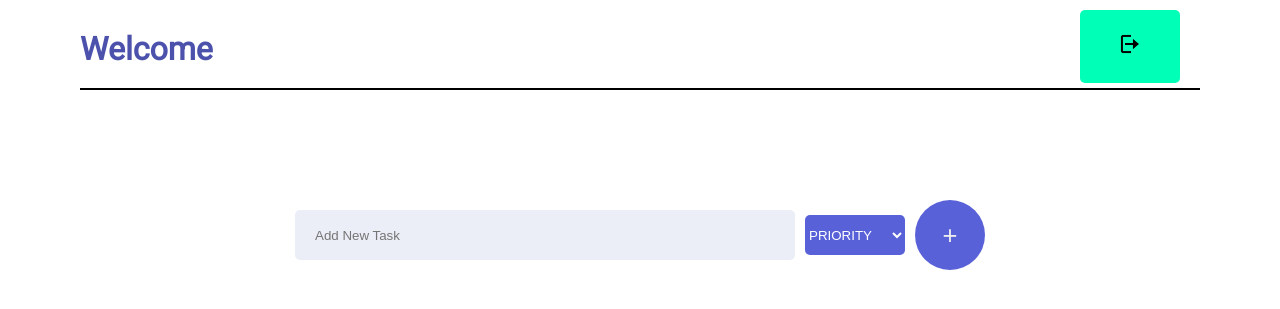
Repository: tebo27cMd/todo_App
Page: /HomePage
The author's editor kept a copy of each file at every save. The page is drawn from the files as they stood at one save, then again after the next save.
The browser window is 1280 px wide. The pictures show the whole page.
The page's requests for data from a server got no answer. The project was rebuilt for these pictures with package versions that can differ from the ones it lists, and the page was loaded fresh each time. No one was signed in, and anything a server would have sent is missing. Also part of the build but not shown: src/Pages/LoginPage.jsx, src/Pages/SignInPage.jsx.

Above is the page before, as saved 2022-08-23 13:01:29.

### src/App.js
import React, {useState, useEffect} from 'react';
import './App.css';
import LoginPage from './Pages/LoginPage';
import SignInPage from './Pages/SignInPage';
import HomePage from './Pages/HomePage';

import {BrowserRouter as Router,Routes,Route,Link} from "react-router-dom";

//import {collection, getDocs, getDoc, doc, deleteDoc} from 'firebase/firestore'







function App() {


  const [tasks, setTasks] = useState([]);

  const addTasks = ((task, priorityType)=>{
    setTasks((tasks)=>[...tasks, {
      task:task,
      priorityType:priorityType
    }])

    console.log(tasks);
  })
  return (
    <div className="App">

      <Router>
      <Routes>
        <Route exact path="/" element = {<LoginPage/>}></Route>
        <Route path="/SignInPage" element = {<SignInPage/>}></Route>
        <Route exact path="/HomePage" element = {<HomePage/>}></Route>
      </Routes>
    </Router>

    </div>
  );
}

export default App;

### src/App.css
* {
  box-sizing: border-box;
  margin: 0;
  padding: 0;
  font-family: 'Times New Roman', Times, serif;
}

### src/Pages/HomePage.jsx

import React, { useState, useEffect } from "react";

  import '../css/HomePage.css';

  import {db} from '../Config-file/firebase';

  import {addDoc, collection,getDocs} from 'firebase/firestore';
  import CheckCircleIcon from "@mui/icons-material/CheckCircle";


  import logout from '../image/logout.png'





function HomePage() {
  const[task, setTask]= useState('');
  const[priority, setPriority] = useState('');

  const[items, setItem] = useState([]);

  const itemRef =collection(db,"Tasks");

  const getItems = async()=>{
      let data = await getDocs(itemRef);
      setItem(data.docs.map((doc)=>({...doc.data(), id: doc.id})))
  }

  const addItems = async()=>{
     await addDoc(itemRef, {task:task, priority:priority})
     alert("Item added Successfully");
    getItems();
    }


    useEffect(()=>{
      getItems();
   }, [])





    return (
      <div className="AddTask">
          <div className="topPart">
              <h1 className='welcome'>Welcome</h1>
              <button><div className="tick"><img src={logout} alt="" /></div></button>
          </div>

          <div className="bottomPart">
            <div className="input-fields">
              <input className="typeTask" type="text" placeholder="Add New Task" onChange={(e)=>setTask(e.target.value)}/>
                <select name="priority" id="priority" onChange={(e)=>setPriority(e.target.value)}>
                    <option value="Priority">PRIORITY</option>
                    <option value="High">High</option>
                    <option value="Medium">Medium</option>
                    <option value="Low">Low</option>

                </select>

                <button className="topBtn" onClick={addItems}>+</button>

            </div>

            <div className="task-list">
            {
                        items.map(item=>((
                            <div className="items" key={item.id}>
                                {
                                    item.priority == "Low" ? (

                                        <div className="item" style={{borderBottom: "3px solid green"}}>
                                        <span>{item.task}</span>
                                        <button className="complete"><div className="CheckLow"><CheckCircleIcon id="i" /></div></button>
                                        </div>

                                    ):item.priority == "Medium" ? (
                                        <div className="item" style={{borderBottom: "3px solid orange"}}>
                                        <span>{item.task}</span>
                                        <button className="complete"><div className="CheckMedium"><CheckCircleIcon id="i" /></div></button>
                                        </div>
                                    ):item.priority == "High" ? (
                                        <div className="item" style={{borderBottom: "3px solid red"}}>
                                        <span>{item.task}</span>
                                        <button className="complete"><div className="CheckHigh"><CheckCircleIcon id="i" /></div></button>

                                        </div>
                                    ):(
                                        <div>

                                        </div>
                                    )
                                }




                            </div>
                        )))
                    }
            </div>

          </div>

      </div>
    )
  }



export default HomePage;

### src/Pages/LoginPage.css
@import url("https://fonts.googleapis.com/css?family=Roboto&display=swap");
:root
{
    --btnGreen: #339eb1;
    --beige: beige;

}

.LoginPage{
    display: grid;
    grid-template-columns: 40% 60%;
    width: 100vw;
    height: 100vh;
    font-family:'Roboto' ;
}

.LoginPage aside{
    background: url(../Images/Ado.jpeg);
    background-size: cover;
}

.LoginPage section{
    display: flex;
    flex-direction: column;
    justify-content: center;
    align-items: center;
    padding: 50px;

}

.LoginPage .welcome{
    margin-top: 20px;
    margin-bottom: 20px;
    font-weight: bolder;
    font-size: 2em;
    font-family:'Roboto' ;
    color: #4c52ac;
}

.LoginPage .paragraph1{
    margin-bottom: 20px;
    font-size: 1.2em;
    color: #4c52ac;
}

.LoginPage .input-control{
    display: flex;
    flex-direction: column;
    align-self: flex-start;
    width: 100%;

}

.LoginPage .input-control label{
    margin-top: 10px;
    margin-bottom: 10px;
    font-size: 1.4em;

}

.LoginPage .input-control input{
    font-size: 1.2em;
    height: 50px;
    padding: 20px 10px 20px 10px;
    margin-top: 10px;
    border: none;
    border-radius: 10px;
    width: 100%;
    background-color: #eee;

}

.LoginPage button{
    width: 300px;
    height: 50px;

}
.LoginPage .lgnBtn:hover{
   background-color:#4c52ac;
   border-color: #7bff00;
}
.LoginPage .lgnBtn{
    margin-top: 50px;
    border-radius: 5px;
    border: none;
    background-color: var(--btnGreen);
    font-size: 1em;
    cursor: pointer;
    color: white;
}

.LoginPage .create{
    font-family:'Roboto' ;
    margin-top: 30px;
}


Link{
    color: var(--btnGreen);
}

.LoginPage .or{
    font-weight: lighter;
    font-size: 1em;
    margin: 20px;
}

.LoginPage .signBtn{

    margin: 20px;
    padding-right: 20px;
    border-radius: 5px;
    border-color: #4c52ac;
    cursor: pointer;
    background-color: white;
    border-radius: 7px;
}



.logo{
    display: flex;
    flex-direction: row;
    justify-content: center;

}

.logo img{
    width: 50px;
    height: 30px;
    padding-left: 10px;
}

.logo span{
    padding-top: 7px;
}

### src/Config-file/firebase.js
// Import the functions you need from the SDKs you need
import { initializeApp } from "firebase/app";
import { getFirestore } from "@firebase/firestore";
import {getAuth} from 'firebase/auth';

const firebaseConfig = {
  apiKey: "AIzaSyB44VhlyOGLme-EDCUVNbbB2UbazBO3qIY",
  authDomain:  "todo-433b6.firebaseapp.com",
  projectId:"todo-433b6",
  storageBucket: "todo-433b6.appspot.com",
  messagingSenderId: "23893463738",
  appId:"1:23893463738:web:7b7d1fefeddfc1abce6883",
  measurementId: "G-QQNBP66G32"
};

// Initialize Firebase
const app = initializeApp(firebaseConfig);
const db = getFirestore(app);
const auth = getAuth(app);
export  {auth, db};

### src/css/HomePage.css
@import url("https://fonts.googleapis.com/css?family=Roboto&display=swap");

*{
    box-sizing:border-box;
    margin: 0;
    padding: 0;
    font-family: sans-serif;
}


.topPart{
    display: flex;
    justify-content: space-between;
    margin: 10px 80px;
    border-bottom: 2px solid black;

}

.topPart button{
    width: 100px;
    margin:0px 20px 5px 0px;
    border-radius: 5px;
    border: none;
    background-color: #00ffb7;
    cursor: pointer;
    color: white;
    font-size: 1.2em;

}
.topPart img {
    height: 20px;
}

.topPart button:hover{
    background-color: rgba(245, 27, 27, 0.815);
    color: black;
}

.bottomPart{
    display: flex;
    flex-direction: column;
    justify-content: center;
    align-items: center;
    margin-top: 80px;
}

.bottomPart input{
    margin-right: 10px;
    height: 50px;
    width: 500px;
    padding-left: 20px;
    border: none;
    background-color: #ebeef7;
    border-radius: 5px;

}

.bottomPart select{
    margin-right: 10px;
    height: 40px;
    width: 100px;
    border: none;
    background-color: #5861d8;
    border-radius: 5px;
    color: white;
}

.bottomPart .topBtn{
    height: 70px;
    width: 70px;
    border-radius: 50px;
    border: none;
    color: #eee;
    font-size: 1.6em;
    background-color: #5861d8;
    cursor: pointer;

}
.bottomPart .CheckHigh{
    border-radius: 50px;
    border: none;
    background-color: #5861d8;
    color: rgb(255, 255, 255);
    font-size: 1.6em;
    cursor: pointer;
}
.bottomPart .CheckHigh:hover{
    background-color: red;
}
.bottomPart .CheckMedium{
    border-radius: 50px;
    border: none;
    background-color: #5861d8;
    color: rgb(255, 255, 255);
    font-size: 1.6em;
    cursor: pointer;
}
.bottomPart .CheckMedium:hover{
    background-color: yellow;
}
.bottomPart .CheckLow{
    border-radius: 50px;
    border: none;
    background-color: #5861d8;
    color: rgb(255, 255, 255);
    font-size: 1.6em;
    cursor: pointer;
}
.bottomPart .CheckLow:hover{
    background-color: green;
}

.bottomPart button:hover{
    background-color: #776e7625;
    color: black;
}

input{
height: 90px;
}
.input-fields {
    display: flex;
    align-items: center;
    height: 130px;

}

/* Task list*/


.task-list{
    width: 600px;
    margin-right: 60px;

}

.item{
    display: flex;
    text-align: center;
    justify-content: space-between;
    padding: 10px;
    border-radius: 5px;
    border: none;
    box-shadow: 2px 2px 5px 0px rgb(123, 126, 173);
    background-color: #f7f7ff;
}
.items{
    padding: 5px 0;
}
.item button{
    border: none;
    border-radius: 50px;
    width: 80px;
    height: 40px;
    font-size: 20px;
    cursor: pointer;

}

.welcome{
    margin-top: 20px;
    margin-bottom: 20px;
    font-weight: bolder;
    font-size: 2em;
    font-family:'Roboto' ;
    color: #4c52ac;
}

Loaded but not shown: public/index.html (common file); src/index.js (common file); src/reportWebVitals.js (common file)

After the next save:
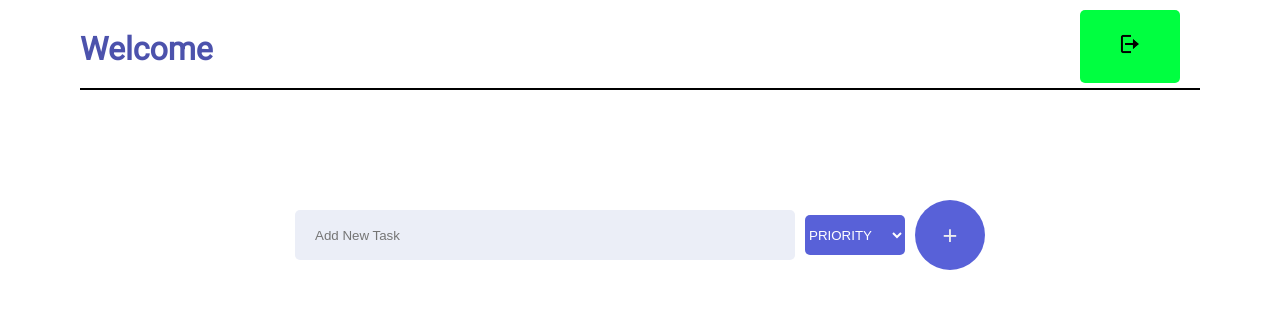
Saved 5 s later.
--- a/src/css/HomePage.css
+++ b/src/css/HomePage.css
@@ -21,7 +21,7 @@
     margin:0px 20px 5px 0px;
     border-radius: 5px;
     border: none;
-    background-color: #00ffb7;
+    background-color: #00ff40;
     cursor: pointer;
     color: white;
     font-size: 1.2em;
